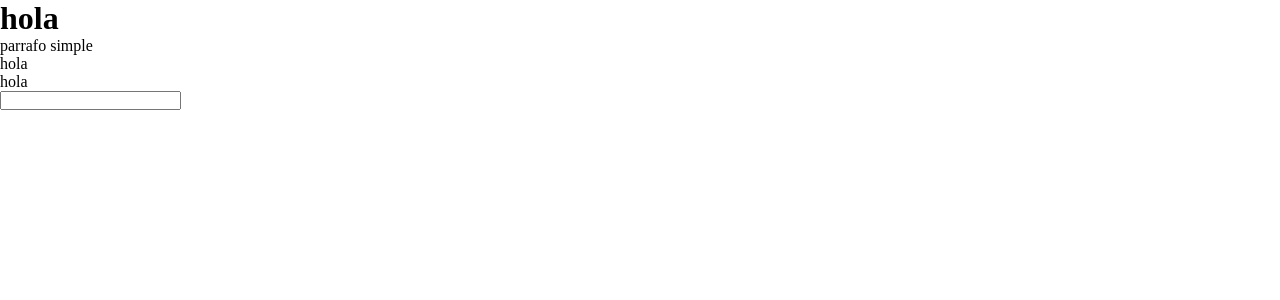
Repository: santig20/nuevo-curso-practico-de-js-platzi
Page: index.html
An editor plug-in stored every save of this project. The page is shown before and after the next save, followed by the edit.
The browser window is 1280 px wide. The pictures show the whole page.

Above is the page before, as saved 2022-07-25 09:44:33.

### index.html
<!DOCTYPE html>
<html lang="en">
<head>
    <meta charset="UTF-8">
    <meta http-equiv="X-UA-Compatible" content="IE=edge">
    <link rel="stylesheet" href="style.css">
    <meta name="viewport" content="width=device-width, initial-scale=1.0">
    <title>Document</title>
</head>
<body>
    <h1>hola</h1>

<p class="p">parrafo simple</p>

<p class="parrafo">hola</p>
<p id="parrafo">hola</p>
<input type="text">



<script src="main.js"></script>
</body>
</html>

### style.css
*{
    margin:0 ;
    padding: 0;
    box-sizing: border-box;
}

### main.js
/*   clase de la 9 a la 11
const h1 = document.querySelector("h1")
const p= document.getElementsByClassName("p")
const parrafo = document.querySelector(".parrafo")
const parrafo1 = document.querySelector("#parrafo")
const input = document.querySelector("input")

console.log ({
    h1,
    p,
    parrafo,
    parrafo1,
    input
})
//cambiamos el texto del h1
h1.innerText = "curso practico de js"
//añadimos una clase al h1
h1.classList.add ("rojo");
// removemos la clase al h1
h1.classList.remove ("rojo")
//cambiamos el value del input
input.value = "hola";
//sintaxis parea nuevas etiquetas de html
document.createElement ("p");
//ejemplo
//creamos una nueva variable , que guarde la etiqueta de html que queremos qgregar
const img =document.createElement("img") ;
//seteamos los atributos de la etiqueta  img, en este caso el src y le pasamos la url de la imagen
img.setAttribute("src", "https://yt3.ggpht.com/yti/APfAmoFOJFykSOBURXOaTO64JSG3MPMo8OtQL_gfS7t-AQ=s88-c-k-c0x00ffffff-no-rj-mo")
//utilizamos la propieadad appenchild para agregar la etiqueta  de img , en este caso deajo del p que seleccionamos
parrafo1.appendChild(img);
*/

// clase 12

After the next save:
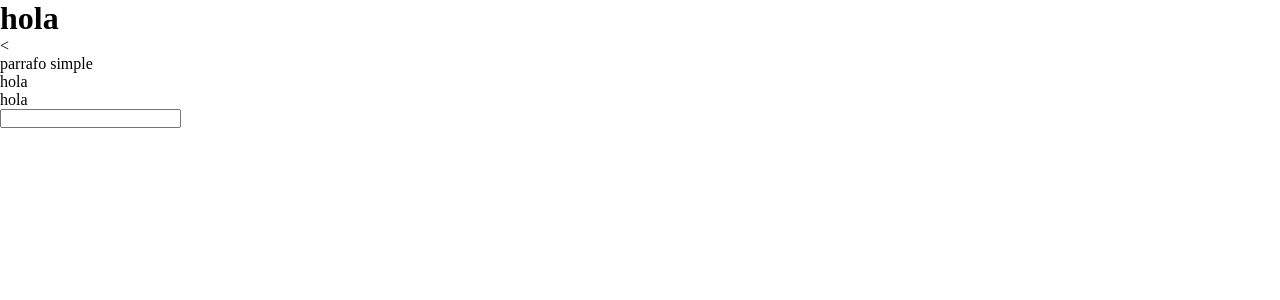
Saved 8 s later.
--- a/index.html
+++ b/index.html
@@ -10,7 +10,7 @@
 <body>
     <h1>hola</h1>
 
-<p class="p">parrafo simple</p>
+<<p class="p">parrafo simple</p>
 
 <p class="parrafo">hola</p>
 <p id="parrafo">hola</p>
